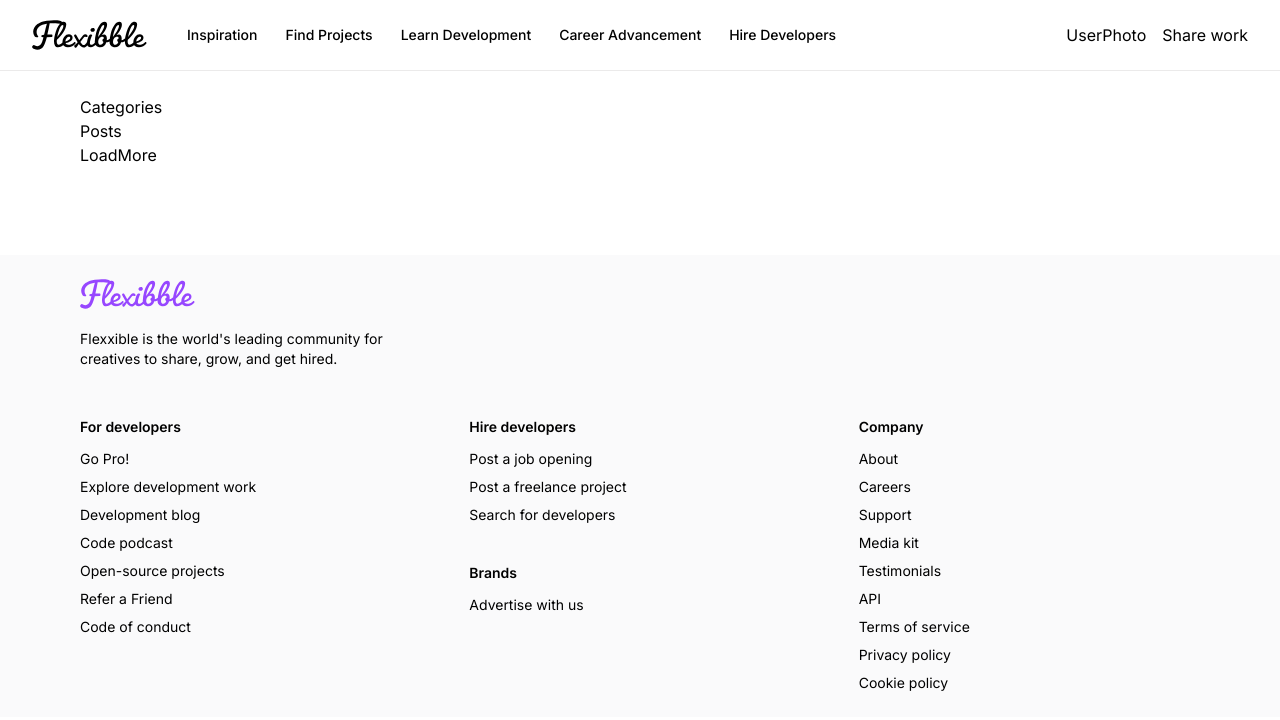
Repository: AmolPawar7181/flexibble
Page: /
An editor plug-in stored every save of this project. The page is shown before and after the next save, followed by the edit.
The browser window is 1280 px wide. The pictures show the whole page.
The project was rebuilt for these pictures with package versions that can differ from the ones it lists, and the page was loaded fresh each time. The framework's server and built-in components were replaced by stand-ins that run in the browser. Also part of the build but not shown: next.config.js, app/components/AuthProviders.tsx.

Above is the page before, as saved 2023-07-11 17:05:07.

### app/layout.tsx
import Footer from './components/Footer';
import Navbar from './components/Navbar';
import './globals.css';

export const metadata = {
	title: 'Flexibble',
	description: 'Showcase and discover developer projects',
};

export default function RootLayout({children}: {children: React.ReactNode}) {
	return (
		<html lang='en'>
			<body>
				<Navbar />
				<main> {children}</main>
				<Footer />
			</body>
		</html>
	);
}

### app/page.tsx
const Home = () => {
	return (
		<section className='flex-start flex-col paddings mb-16'>
			<h1>Categories</h1>
			<h1>Posts</h1>
			<h1>LoadMore</h1>
		</section>
	);
};

export default Home;

### app/components/Footer.tsx
import {footerLinks} from '@/constants';
import Image from 'next/image';
import Link from 'next/link';
import React from 'react';

type ColumnProps = {
	title: string;
	links: Array<string>;
};

const FooterColumn = ({title, links}: ColumnProps) => (
	<div className='footer_column'>
		<h4 className='font-semibold'>{title}</h4>
		<ul className='flex flex-col gap-2 font-normal'>
			{links.map((link) => (
				<Link href='/' key={link}>
					{' '}
					{link}
				</Link>
			))}
		</ul>
	</div>
);

const Footer = () => {
	return (
		<footer className='flexStart footer'>
			<div className='flex flex-col gap-12 w-full'>
				<div className='flex items-start flex-col'>
					<Image
						src='/logo-purple.svg'
						width={115}
						height={38}
						alt='Flexxible'
					/>
					<p className='text-start text-sm font-normal mt-5 max-w-xs'>
						Flexxible is the world's leading community for creatives to share,
						grow, and get hired.
					</p>
				</div>
				<div className='flex flex-wrap gap-12'>
					<FooterColumn
						title={footerLinks[0].title}
						links={footerLinks[0].links}
					/>
					<div className='flex-1 flex flex-col gap-4'>
						<FooterColumn
							title={footerLinks[1].title}
							links={footerLinks[1].links}
						/>
						<FooterColumn
							title={footerLinks[2].title}
							links={footerLinks[2].links}
						/>
					</div>
					<FooterColumn
						title={footerLinks[3].title}
						links={footerLinks[3].links}
					/>
				</div>
			</div>
		</footer>
	);
};

export default Footer;

### app/components/Navbar.tsx
import Link from 'next/link';
import Image from 'next/image';
import {NavLinks} from '@/constants';
import AuthProviders from './AuthProviders';

const Navbar = () => {
	const session = {};
	return (
		<nav className='flexBetween navbar'>
			<div className='flex-1 flexStart gap-10'>
				<Link href={'/'}>
					<Image src='/logo.svg' alt='Logo' width={115} height={43} />
				</Link>
				<ul className='xl:flex hidden text-small gap-7'>
					{NavLinks.map((link) => (
						<Link href={link.href} key={link.key}>
							{link.text}
						</Link>
					))}
				</ul>
			</div>
			<div className='flexCenter gap-4'>
				{session ? (
					<>
						UserPhoto
						<Link href='/create-project'>Share work</Link>
					</>
				) : (
					<AuthProviders />
				)}
			</div>
		</nav>
	);
};

export default Navbar;

### app/globals.css
@import url('https://fonts.googleapis.com/css2?family=Inter:wght@400;500;600;700;800&display=swap');

@tailwind base;
@tailwind components;
@tailwind utilities;

* {
	margin: 0;
	padding: 0;
	box-sizing: border-box;
}

body {
	font-family: Inter;
}

.flexCenter {
	@apply flex justify-center items-center;
}

.flexBetween {
	@apply flex justify-between items-center;
}

.flexStart {
	@apply flex items-center justify-start;
}

.text-small {
	@apply text-sm font-medium;
}

.paddings {
	@apply lg:px-20 py-6 px-5;
}

::-webkit-scrollbar {
	width: 5px;
	height: 4px;
}

::-webkit-scrollbar-thumb {
	background: #888;
	border-radius: 12px;
}

.modal-head-text {
	@apply md:text-5xl text-3xl font-extrabold text-left max-w-5xl w-full;
}

.no-result-text {
	@apply w-full text-center my-10 px-2;
}

/* Project Details */
.user-actions_section {
	@apply fixed max-md:hidden flex gap-4 flex-col right-10 top-20;
}

.user-info {
	@apply flex flex-wrap whitespace-nowrap text-sm font-normal gap-2 w-full;
}

/* Home */
.projects-grid {
	@apply grid xl:grid-cols-4 md:grid-cols-3 sm:grid-cols-2 grid-cols-1 gap-10 mt-10 w-full;
}

/* Project Actions */
.edit-action_btn {
	@apply p-3 text-gray-100 bg-light-white-400 rounded-lg text-sm font-medium;
}

.delete-action_btn {
	@apply p-3 text-gray-100 hover:bg-red-600 rounded-lg text-sm font-medium;
}

/* Related Project Card */
.related_project-card {
	@apply flex-col rounded-2xl min-w-[210px] min-h-[197px];
}

.related_project-card_title {
	@apply justify-end items-end w-full h-1/3 bg-gradient-to-b from-transparent to-black/50 rounded-b-2xl gap-2 absolute bottom-0 right-0 font-semibold text-lg text-white p-4;
}

.related_projects-grid {
	@apply grid xl:grid-cols-4 md:grid-cols-3 sm:grid-cols-2 grid-cols-1 gap-8 mt-5;
}

/* Custom Menu */
.custom_menu-btn {
	@apply gap-4 w-full rounded-md bg-light-white-100 p-4 text-base outline-none capitalize;
}

.custom_menu-items {
	@apply flex-col absolute left-0 mt-2 xs:min-w-[300px] w-fit max-h-64 origin-top-right rounded-xl bg-white border border-nav-border shadow-menu overflow-y-auto;
}

.custom_menu-item {
	@apply text-left w-full px-5 py-2 text-sm hover:bg-light-white-100 self-start whitespace-nowrap capitalize;
}

/* Footer */
.footer {
	@apply flex-col paddings w-full gap-20 bg-light-white;
}

.footer_copyright {
	@apply max-sm:flex-col w-full text-sm font-normal;
}

.footer_column {
	@apply flex-1 flex flex-col gap-3 text-sm min-w-max;
}

/* Form Field */
.form_field-input {
	@apply w-full outline-0 bg-light-white-100 rounded-xl p-4;
}

/* Modal */
.modal {
	@apply fixed z-10 left-0 right-0 top-0 bottom-0 mx-auto bg-black/80;
}

.modal_wrapper {
	@apply flex justify-start items-center flex-col absolute h-[95%] w-full bottom-0 bg-white rounded-t-3xl lg:px-40 px-8 pt-14 pb-72 overflow-auto;
}

/* Navbar */
.navbar {
	@apply py-5 px-8 border-b border-nav-border gap-4;
}

/* Profile Menu */
.profile_menu-items {
	@apply flex-col absolute right-1/2 translate-x-1/2 mt-3 p-7 sm:min-w-[300px] min-w-max rounded-xl bg-white border border-nav-border shadow-menu;
}

/* Profile Card */
.profile_card-title {
	@apply justify-end items-end w-full h-1/3 bg-gradient-to-b from-transparent to-black/50 rounded-b-2xl gap-2 absolute bottom-0 right-0 font-semibold text-lg text-white p-4;
}

/* Project Form */
.form {
	@apply flex-col w-full lg:pt-24 pt-12 gap-10 text-lg max-w-5xl mx-auto;
}

.form_image-container {
	@apply w-full lg:min-h-[400px] min-h-[200px] relative;
}

.form_image-label {
	@apply z-10 text-center w-full h-full p-20 text-gray-100 border-2 border-gray-50 border-dashed;
}

.form_image-input {
	@apply absolute z-30 w-full opacity-0 h-full cursor-pointer;
}

/* Profile Projects */
.profile_projects {
	@apply grid xl:grid-cols-4 md:grid-cols-3 sm:grid-cols-2 grid-cols-1 gap-8 mt-5;
}

### constants/index.ts
export const NavLinks = [
	{href: '/', key: 'Inspiration', text: 'Inspiration'},
	{href: '/', key: 'Find Projects', text: 'Find Projects'},
	{href: '/', key: 'Learn Development', text: 'Learn Development'},
	{href: '/', key: 'Career Advancement', text: 'Career Advancement'},
	{href: '/', key: 'Hire Developers', text: 'Hire Developers'},
];

export const categoryFilters = [
	'Frontend',
	'Backend',
	'Full-Stack',
	'Mobile',
	'UI/UX',
	'Game Dev',
	'DevOps',
	'Data Science',
	'Machine Learning',
	'Cybersecurity',
	'Blockchain',
	'E-commerce',
	'Chatbots',
];

export const footerLinks = [
	{
		title: 'For developers',
		links: [
			'Go Pro!',
			'Explore development work',
			'Development blog',
			'Code podcast',
			'Open-source projects',
			'Refer a Friend',
			'Code of conduct',
		],
	},
	{
		title: 'Hire developers',
		links: [
			'Post a job opening',
			'Post a freelance project',
			'Search for developers',
		],
	},
	{
		title: 'Brands',
		links: ['Advertise with us'],
	},
	{
		title: 'Company',
		links: [
			'About',
			'Careers',
			'Support',
			'Media kit',
			'Testimonials',
			'API',
			'Terms of service',
			'Privacy policy',
			'Cookie policy',
		],
	},
	{
		title: 'Directories',
		links: [
			'Development jobs',
			'Developers for hire',
			'Freelance developers for hire',
			'Tags',
			'Places',
		],
	},
	{
		title: 'Development assets',
		links: [
			'Code Marketplace',
			'GitHub Marketplace',
			'NPM Registry',
			'Packagephobia',
		],
	},
	{
		title: 'Development Resources',
		links: [
			'Freelancing',
			'Development Hiring',
			'Development Portfolio',
			'Development Education',
			'Creative Process',
			'Development Industry Trends',
		],
	},
];

### tailwind.config.js
/** @type {import('tailwindcss').Config} */
module.exports = {
	content: [
		'./pages/**/*.{js,ts,jsx,tsx,mdx}',
		'./components/**/*.{js,ts,jsx,tsx,mdx}',
		'./app/**/*.{js,ts,jsx,tsx,mdx}',
	],
	theme: {
		extend: {
			colors: {
				'nav-border': '#EBEAEA',
				'light-white': '#FAFAFB',
				'light-white-100': '#F1F4F5',
				'light-white-200': '#d7d7d7',
				'light-white-300': '#F3F3F4',
				'light-white-400': '#E2E5F1',
				'light-white-500': '#E4E4E4',
				gray: '#4D4A4A',
				'gray-100': '#3d3d4e',
				'black-100': '#252525',
				'primary-purple': '#9747FF',
				'gray-50': '#D9D9D9',
			},
			boxShadow: {
				menu: '0px 159px 95px rgba(13,12,34,0.01), 0px 71px 71px rgba(13,12,34,0.02), 0px 18px 39px rgba(13,12,34,0.02), 0px 0px 0px rgba(13,12,34,0.02)',
			},
			screens: {
				xs: '400px',
			},
			maxWidth: {
				'10xl': '1680px',
			},
		},
	},
	plugins: [],
};

After the next save:
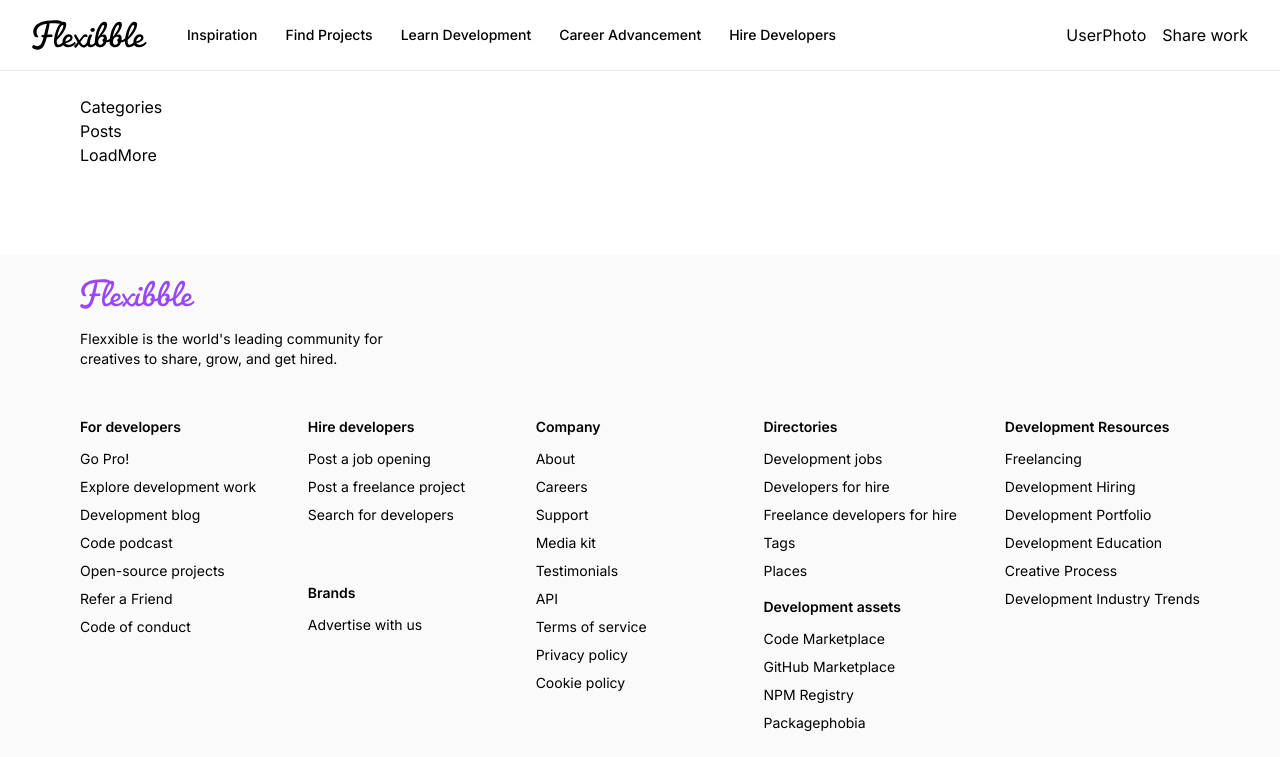
Saved 29 s later.
--- a/app/components/Footer.tsx
+++ b/app/components/Footer.tsx
@@ -57,6 +57,20 @@ const Footer = () => {
 						title={footerLinks[3].title}
 						links={footerLinks[3].links}
 					/>
+					<div className='flex-1 flex flex-col gap-4'>
+						<FooterColumn
+							title={footerLinks[4].title}
+							links={footerLinks[4].links}
+						/>
+						<FooterColumn
+							title={footerLinks[5].title}
+							links={footerLinks[5].links}
+						/>
+					</div>
+					<FooterColumn
+						title={footerLinks[6].title}
+						links={footerLinks[6].links}
+					/>
 				</div>
 			</div>
 		</footer>
